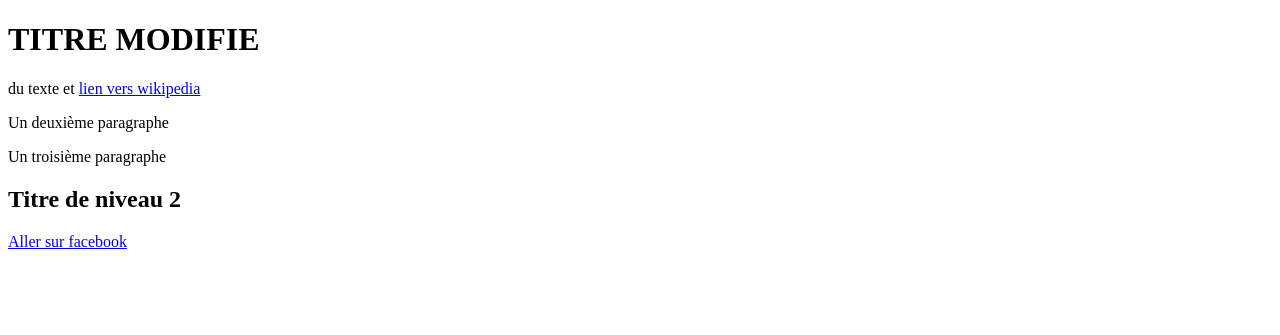
Repository: serviceshuios/Git-Aix-Web
Page: avance-html-css-js/WebContent/index.html
An editor plug-in stored every save of this project. The page is shown before and after the next save, followed by the edit.
The browser window is 1280 px wide. The pictures show the whole page.

Above is the page before, as saved 2018-10-24 10:56:44.

### avance-html-css-js/WebContent/index.html
<!DOCTYPE html>
<html>
	<head>
		<meta charset="utf-8"/>
		<title>MODIFICATION HTML</title>
		<link rel="stylesheet" href="css/style.css"/>

	</head>
	<body>
		<h1 id="gros_titre">LE DOM</h1>
		<p>du texte et <a href="http://www.google.com">un lien</a></p>
		<p>Un deuxième paragraphe</p>
		<p class="maClasse">Un troisième paragraphe</p>
		<h2 class="maClasse">Titre de niveau 2</h2>
		<a href="http://www.facebook.com">Aller sur facebook</a>
<!-- 		<script src="js/script.js"></script> -->
		<script src="js/modification.js"></script>
	</body>
</html>

### avance-html-css-js/WebContent/js/modification.js
/**
 * modifier du contenu HTML
 */
// Modification d'un contenu de type texte : innerHTML
//1- trouver l'élement à modifier
var titre = document.getElementById("gros_titre");
//2- appliquer la modification
titre.innerHTML="TITRE MODIFIE";

// Modifier l'attribut d'un element : .nomAttribut=""

//1- trouver l'élement à modifier
var lien = document.querySelector("p a");
//2- appliquer la modification
lien.innerHTML="lien vers wikipedia";
lien.href="http://wikipedia.org";

Loaded but not shown: avance-html-css-js/WebContent/css/style.css (common file)

After the next save:
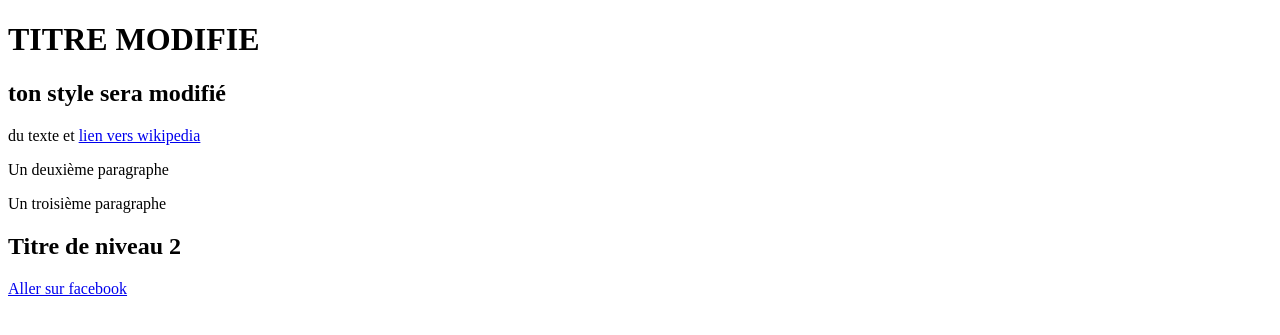
Saved 74 min 38 s later.
--- a/avance-html-css-js/WebContent/index.html
+++ b/avance-html-css-js/WebContent/index.html
@@ -8,6 +8,7 @@
 	</head>
 	<body>
 		<h1 id="gros_titre">LE DOM</h1>
+		<h2>ton style sera modifié</h2>
 		<p>du texte et <a href="http://www.google.com">un lien</a></p>
 		<p>Un deuxième paragraphe</p>
 		<p class="maClasse">Un troisième paragraphe</p>
